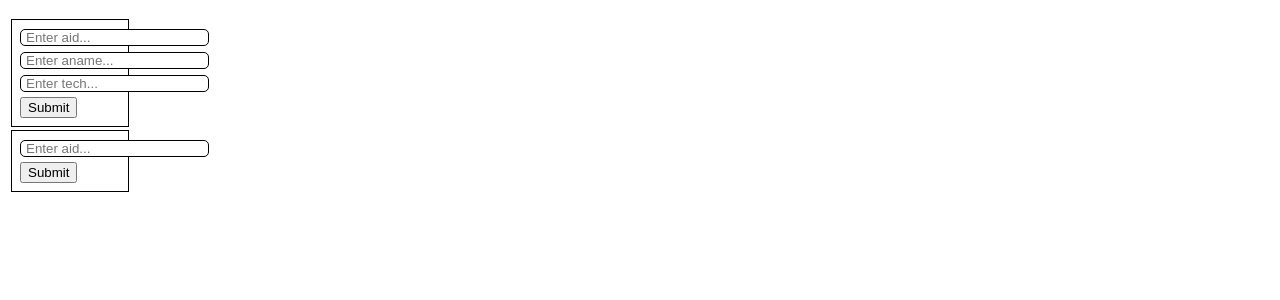
Repository: AtomShareef/Spring-Boot-Basics-Complete
Page: http://localhost/SpringBootJpa/home.jsp
An editor plug-in stored every save of this project. The page is shown before and after the next save, followed by the edit.
The browser window is 1280 px wide. The pictures show the whole page.
The page is served by Tomcat 9. Other server files are loaded and not shown.

Above is the page before, as saved 2020-12-10 11:01:05.

### SpringBootJpa/src/main/webapp/home.jsp
<%@ page language="java" contentType="text/html; charset=UTF-8"
	pageEncoding="UTF-8"%>
<!DOCTYPE html>
<html>
<head>
<meta charset="UTF-8">
<title>Insert title here</title>

<style type="text/css">
body {
	margin-top: 19px;
	margin-right: 1148px;
}

div {
	border: 1px solid;
	margin: 3px;
}

form {
	padding: 5px;
	align-items: center;
	margin: 3px;
}

#demo {
	margin-bottom: 5px;
	border-radius: 5px;
	border: 1px solid;
	padding: 0 5px;
}
</style>

</head>
<body>

	<div>
		<form action="addAlien">
			<input type="number" name="aid" id="demo" placeholder="Enter aid..."><br>
			<input type="text" name="aname" id="demo"
				placeholder="Enter aname..."><br> <input type="text"
				name="tech" id="demo" placeholder="Enter tech..."><br>
			<input type="submit"><br>
		</form>
	</div>

	<div class="div2">
		<form action="getAlien">
			<input type="number" name="aid" id="demo" placeholder="Enter aid..."><br>
			<input type="submit"><br>
		</form>

	</div>
</body>
</html>

After the next save:
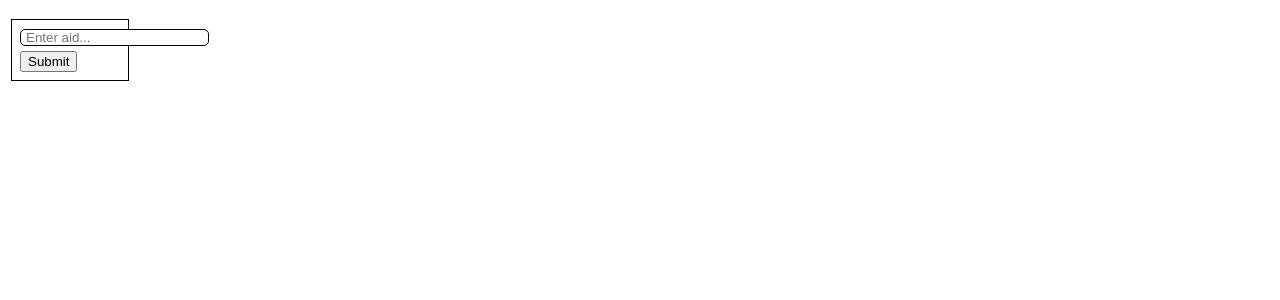
Saved 16 h 44 min later.
--- a/SpringBootJpa/src/main/webapp/home.jsp
+++ b/SpringBootJpa/src/main/webapp/home.jsp
@@ -34,7 +34,7 @@ form {
 </head>
 <body>
 
-	<div>
+<!-- 	<div>
 		<form action="addAlien">
 			<input type="number" name="aid" id="demo" placeholder="Enter aid..."><br>
 			<input type="text" name="aname" id="demo"
@@ -42,7 +42,7 @@ form {
 				name="tech" id="demo" placeholder="Enter tech..."><br>
 			<input type="submit"><br>
 		</form>
-	</div>
+	</div> -->
 
 	<div class="div2">
 		<form action="getAlien">
